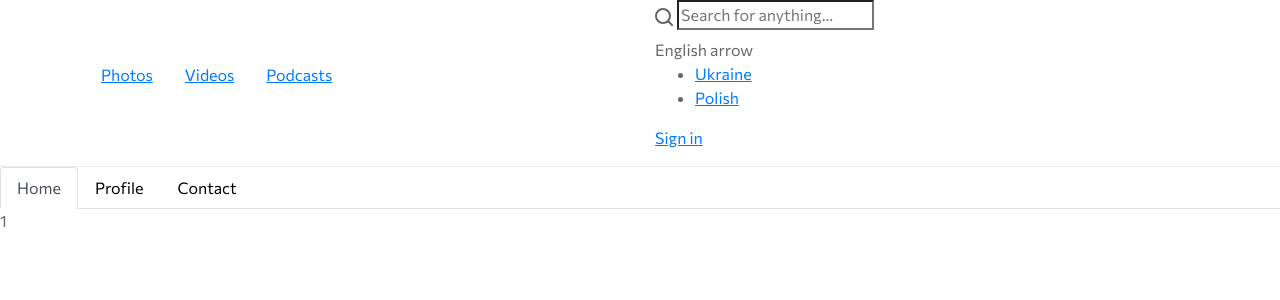
Repository: densavi/djinni
Page: index.html
These files come from the project's save history. The page is drawn as it stood at one moment and after the next save; the edit follows.
The browser window is 1280 px wide. The pictures show the whole page.
The style sheet was rebuilt from its Sass, Less or Tailwind sources for each picture, by a compiler version that may differ from the author's.

Above is the page before, as saved 2023-04-10 21:28:48.
Console error (its wording comes from the project's code and is left out).

### index.html
<!DOCTYPE html>
<html lang="en">
<head>
  <meta charset="UTF-8">
  <meta http-equiv="X-UA-Compatible" content="IE=edge">
  <meta name="viewport" content="width=device-width, initial-scale=1.0">
  <title>Photos</title>
  <link rel="stylesheet" href="https://cdn.jsdelivr.net/npm/bootstrap@4.6.2/dist/css/bootstrap.min.css" integrity="sha384-xOolHFLEh07PJGoPkLv1IbcEPTNtaed2xpHsD9ESMhqIYd0nLMwNLD69Npy4HI+N" crossorigin="anonymous">
  <link rel="stylesheet" href="css/style.css">
</head>
<body>

  <header class="header">
    <div class="container">
      <div class="row d-flex justify-content-between align-items-center">
        <div class="col">
          <nav class="header__nav">
            <ul class="nav">
              <li class="nav-item">
                <a class="nav-link active" aria-current="page" href="#">Photos</a>
              </li>
              <li class="nav-item">
                <a class="nav-link" href="#">Videos</a>
              </li>
              <li class="nav-item">
                <a class="nav-link" href="#">Podcasts</a>
              </li>
            </ul>
          </nav>
        </div>
        <div class="col">
          <label for="search" class="header__search">
            <img src="img/search.svg" alt="Search">
            <input type="search" placeholder="Search for anything...">
          </label>
          <div class="header__lang">
            <span>
              English
              arrow
            </span>
            <ul class="header__lang--list">
              <li><a href="#">Ukraine</a></li>
              <li><a href="#">Polish</a></li>
            </ul>
          </div>
          <a href="#" class="header__sign-in">Sign in</a>
        </div>
      </div>
    </div>
  </header>


  <div class="wrapper">
    <ul class="nav nav-tabs" id="myTab" role="tablist">
      <li class="nav-item" role="presentation">
        <button class="nav-link active" id="home-tab" data-bs-toggle="tab" data-bs-target="#home" type="button" role="tab" aria-controls="home" aria-selected="true">Home</button>
      </li>
      <li class="nav-item" role="presentation">
        <button class="nav-link" id="profile-tab" data-bs-toggle="tab" data-bs-target="#profile" type="button" role="tab" aria-controls="profile" aria-selected="false">Profile</button>
      </li>
      <li class="nav-item" role="presentation">
        <button class="nav-link" id="contact-tab" data-bs-toggle="tab" data-bs-target="#contact" type="button" role="tab" aria-controls="contact" aria-selected="false">Contact</button>
      </li>
    </ul>
    <div class="tab-content" id="myTabContent">
      <div class="tab-pane fade show active" id="home" role="tabpanel" aria-labelledby="home-tab">1</div>
      <div class="tab-pane fade" id="profile" role="tabpanel" aria-labelledby="profile-tab">2</div>
      <div class="tab-pane fade" id="contact" role="tabpanel" aria-labelledby="contact-tab">3</div>
    </div>
  </div>

  <script src="https://cdn.jsdelivr.net/npm/bootstrap@4.6.2/dist/js/bootstrap.min.js" integrity="sha384-+sLIOodYLS7CIrQpBjl+C7nPvqq+FbNUBDunl/OZv93DB7Ln/533i8e/mZXLi/P+" crossorigin="anonymous"></script>
  <script src="js/main.js"></script>
</body>
</html>

### css/style.scss
@import url('https://fonts.googleapis.com/css2?family=Commissioner:wght@400;700&display=swap');

@import 'vars';
@import 'typo';

@import 'components/header';

### css/_vars.scss
$darkBlack: #292929;
$lightGrey: #666666;

$orange: #ED7135;

$mainFont: 'Commissioner', sans-serif;

### css/_typo.scss
body {
  font: 16px/24px $mainFont;
  color: $lightGrey;
}

a {
  color: $mainFont;
  text-decoration: underline;
  &:hover {
    text-decoration: none;
  }
}

### css/components/_header.scss
.header {
  border-bottom: 1px solid #EBEBEB;
  padding-bottom: 16px;
}

Loaded but not shown: js/main.js (no stored copy; drawn as an empty file)

After the next save:
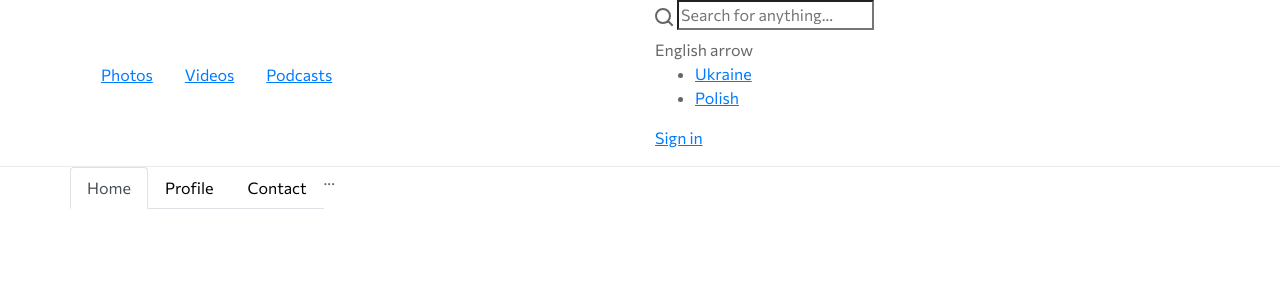
Saved 32 s later.
--- a/index.html
+++ b/index.html
@@ -51,21 +51,21 @@
 
 
   <div class="wrapper">
-    <ul class="nav nav-tabs" id="myTab" role="tablist">
-      <li class="nav-item" role="presentation">
-        <button class="nav-link active" id="home-tab" data-bs-toggle="tab" data-bs-target="#home" type="button" role="tab" aria-controls="home" aria-selected="true">Home</button>
-      </li>
-      <li class="nav-item" role="presentation">
-        <button class="nav-link" id="profile-tab" data-bs-toggle="tab" data-bs-target="#profile" type="button" role="tab" aria-controls="profile" aria-selected="false">Profile</button>
-      </li>
-      <li class="nav-item" role="presentation">
-        <button class="nav-link" id="contact-tab" data-bs-toggle="tab" data-bs-target="#contact" type="button" role="tab" aria-controls="contact" aria-selected="false">Contact</button>
-      </li>
-    </ul>
-    <div class="tab-content" id="myTabContent">
-      <div class="tab-pane fade show active" id="home" role="tabpanel" aria-labelledby="home-tab">1</div>
-      <div class="tab-pane fade" id="profile" role="tabpanel" aria-labelledby="profile-tab">2</div>
-      <div class="tab-pane fade" id="contact" role="tabpanel" aria-labelledby="contact-tab">3</div>
+    <div class="container">
+      <div class="row">
+        <nav>
+          <div class="nav nav-tabs" id="nav-tab" role="tablist">
+            <button class="nav-link active" id="nav-home-tab" data-bs-toggle="tab" data-bs-target="#nav-home" type="button" role="tab" aria-controls="nav-home" aria-selected="true">Home</button>
+            <button class="nav-link" id="nav-profile-tab" data-bs-toggle="tab" data-bs-target="#nav-profile" type="button" role="tab" aria-controls="nav-profile" aria-selected="false">Profile</button>
+            <button class="nav-link" id="nav-contact-tab" data-bs-toggle="tab" data-bs-target="#nav-contact" type="button" role="tab" aria-controls="nav-contact" aria-selected="false">Contact</button>
+          </div>
+        </nav>
+        <div class="tab-content" id="nav-tabContent">
+          <div class="tab-pane fade show active" id="nav-home" role="tabpanel" aria-labelledby="nav-home-tab">...</div>
+          <div class="tab-pane fade" id="nav-profile" role="tabpanel" aria-labelledby="nav-profile-tab">...</div>
+          <div class="tab-pane fade" id="nav-contact" role="tabpanel" aria-labelledby="nav-contact-tab">...</div>
+        </div>
+      </div>
     </div>
   </div>
 
